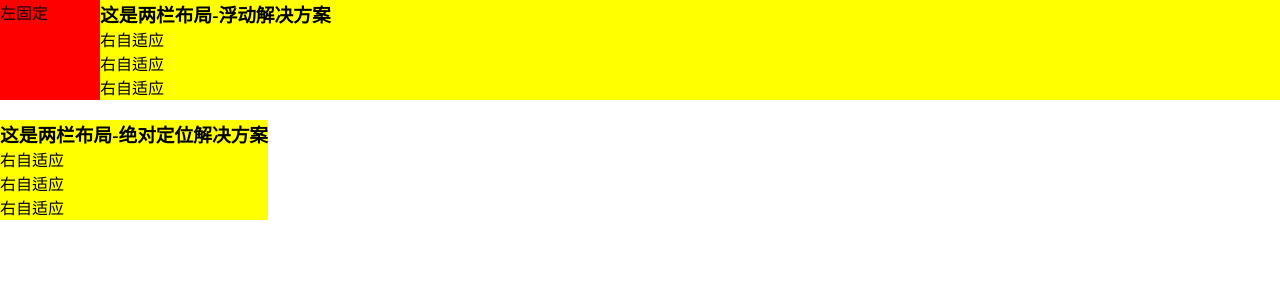
Repository: Qianfane/Blog
Page: 面试相关/测试/2-1、两栏布局-左固定右自适应.html
These files come from the project's save history. The page is drawn as it stood at one moment and after the next save; the edit follows.
The browser window is 1280 px wide. The pictures show the whole page.

Above is the page before, as saved 2022-01-03 16:08:58.

After the next save:
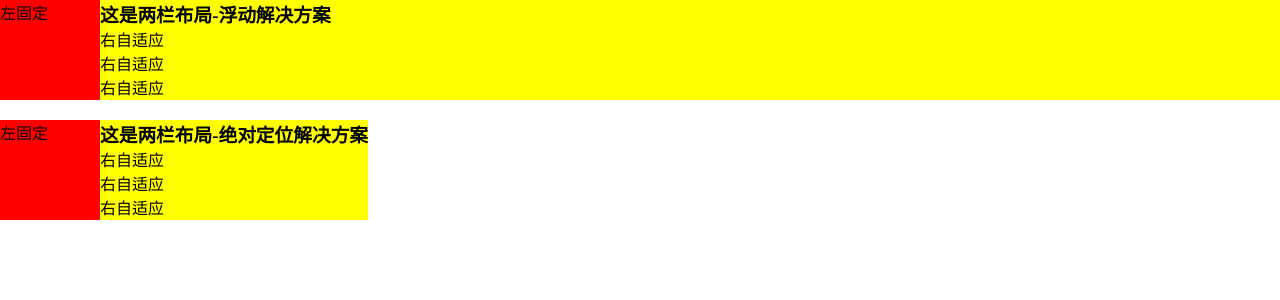
Saved 4 s later.
--- a/面试相关/测试/2-1、两栏布局-左固定右自适应.html
+++ b/面试相关/测试/2-1、两栏布局-左固定右自适应.html
@@ -60,7 +60,7 @@
 
             .layout.absolute .right {
                 position: absolute;
-                left: ;
+                left: 100px;
 
                 background: yellow;
             }
